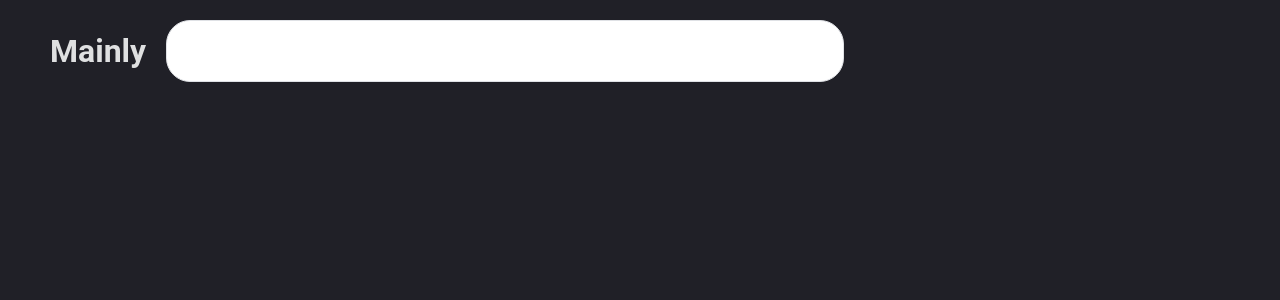
Repository: M1NARTY/WebProgramming
Page: feelLuck.html
These files come from the project's save history. The page is drawn as it stood at one moment and after the next save; the edit follows.
The browser window is 1280 px wide. The pictures show the whole page.

Above is the page before, as saved 2023-12-18 00:36:45.

### feelLuck.html
<!DOCTYPE html>
<html lang="ko">
    <head>
        <meta charset="UTF-8">
        <title>Mainly Dude</title>
        <link rel="stylesheet" href="feelLuck.css">
        <style>

        </style>
    </head>
    <body style="background-color:#202027">
        <div class="top">
            <h1>Mainly</h1>
            <div class="box"></div>
        </div>
    </body>
</html>

### feelLuck.css
body {
    height: 100%;
    margin: 0;
}

.top {
    display: flex;
    align-items: center; /* 세로 중앙 정렬을 위해 추가 */
    /*height: 100vh; /* 화면 전체 높이를 차지하도록 설정 */
}

.top h1  {
    font-family: "Roboto";
    color: #dfe0e1;
    margin-left: 50px;
}

/* .box {
    display: inline-block;
    width: 616px;
    margin: 20px;
    padding : 30px;
    border : 1px solid #DFE1E5;
    border-radius : 24px;
    background: #FFF;
    height: 100%;
} */

.box {
    width: 616px;
    margin: 20px;
    padding: 30px;
    border: 1px solid #DFE1E5;
    border-radius: 24px;
    background: #FFF;
}

After the next save:
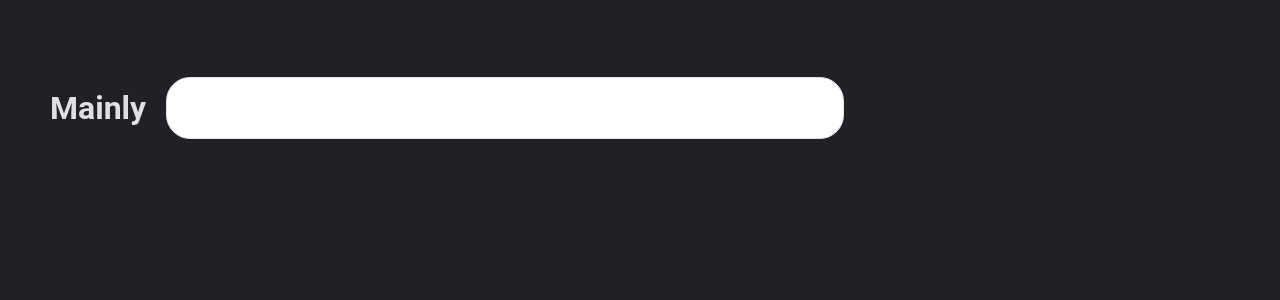
Saved 12 s later.
--- a/feelLuck.css
+++ b/feelLuck.css
@@ -6,7 +6,7 @@
 .top {
     display: flex;
     align-items: center; /* 세로 중앙 정렬을 위해 추가 */
-    /*height: 100vh; /* 화면 전체 높이를 차지하도록 설정 */
+    height: 30vh; /* 화면 전체 높이를 차지하도록 설정 */
 }
 
 .top h1  {
